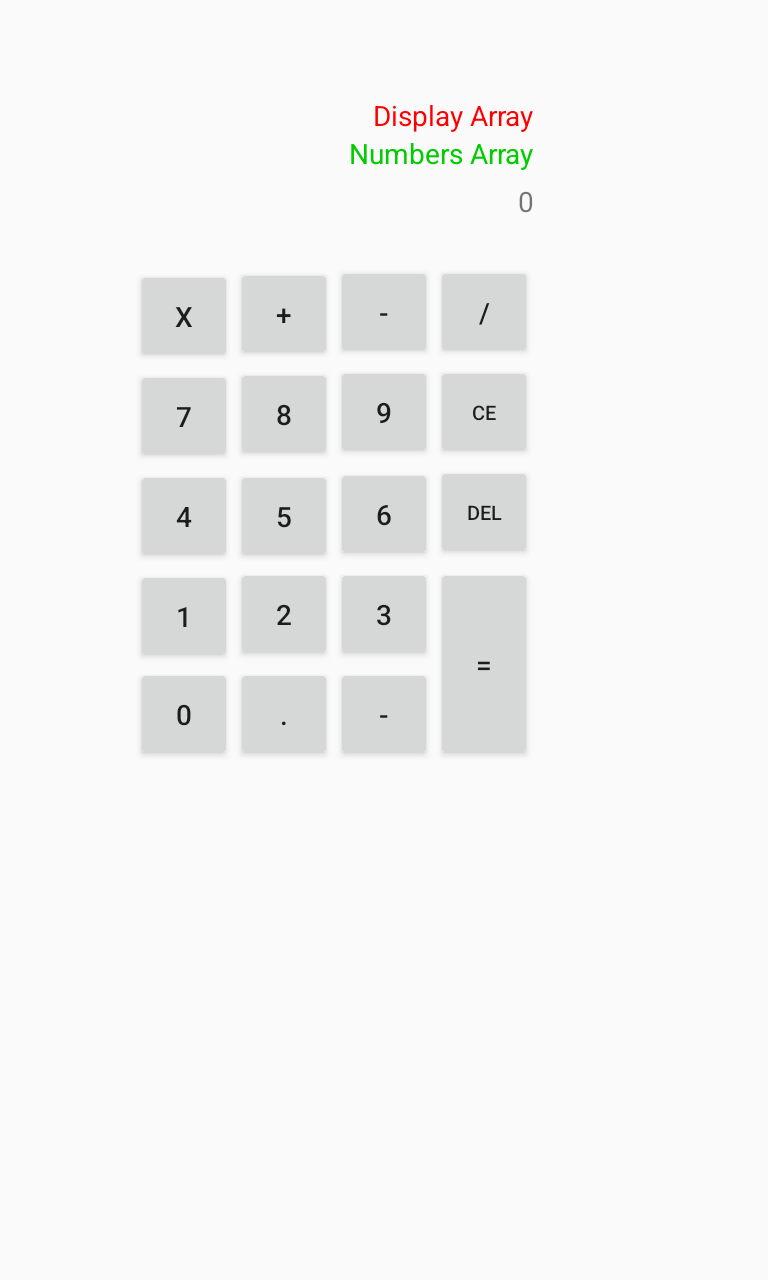
Repository: expensivecow/Calculator
Layout: Calculator_Implementation/res/layout/activity_main.xml
An editor plug-in stored every save of this project. The layout is shown before and after the next save, followed by the edit.
It is drawn on a 768 x 1280 px phone screen (xhdpi) without system bars, with theme AppTheme; the app's code is not run.

Above is the layout before, as saved 2014-10-09 03:45:00.

### Calculator_Implementation/res/layout/activity_main.xml
<RelativeLayout xmlns:android="http://schemas.android.com/apk/res/android"
    xmlns:tools="http://schemas.android.com/tools"
    android:layout_width="match_parent"
    android:layout_height="match_parent"
    android:paddingBottom="@dimen/activity_vertical_margin"
    android:paddingLeft="@dimen/activity_horizontal_margin"
    android:paddingRight="@dimen/activity_horizontal_margin"
    android:paddingTop="@dimen/activity_vertical_margin"
    tools:context="com.example.calculator_implementation.MainActivity" >

    <TextView
        android:id="@+id/DisplayResult"
        android:layout_alignParentTop="true"
        android:layout_alignRight="@+id/bDiv"
        android:layout_marginTop="75dp"
        android:layout_width="wrap_content"
        android:layout_height="wrap_content"
        android:text="@string/initialvalue" />

    <Button
        android:id="@+id/bDiv"
        android:layout_width="50dp"
        android:layout_height="50dp"
        android:layout_alignTop="@+id/bSub"
        android:layout_toRightOf="@+id/bSub"
        android:text="@string/divoperator"
        />

    <Button
        android:id="@+id/bAdd"
        android:layout_width="50dp"
        android:layout_height="50dp"
        android:layout_alignBaseline="@+id/bSub"
        android:layout_alignBottom="@+id/bSub"
        android:layout_toLeftOf="@+id/bSub"
        android:text="@string/addoperator"
        />

    <Button
        android:id="@+id/bSub"
        android:layout_width="50dp"
        android:layout_height="50dp"
        android:layout_below="@+id/DisplayResult"
        android:layout_centerHorizontal="true"
        android:layout_marginTop="21dp"
        android:text="@string/suboperator"
        />

    <Button
        android:id="@+id/bMul"
        android:layout_width="50dp"
        android:layout_height="50dp"
        android:layout_alignBaseline="@+id/bAdd"
        android:layout_alignBottom="@+id/bAdd"
        android:layout_toLeftOf="@+id/bAdd"
        android:text="@string/muloperator" />

    <Button
        android:id="@+id/bEight"
        android:layout_width="50dp"
        android:layout_height="50dp"
        android:layout_below="@+id/bAdd"
        android:layout_toLeftOf="@+id/bSub"
        android:text="@string/eight" />

    <Button
        android:id="@+id/bNine"
        android:layout_width="50dp"
        android:layout_height="50dp"
        android:layout_below="@+id/bDiv"
        android:layout_toLeftOf="@+id/bDiv"
        android:text="@string/nine" />

    <Button
        android:id="@+id/bSeven"
        android:layout_width="50dp"
        android:layout_height="50dp"
        android:layout_alignLeft="@+id/bMul"
        android:layout_below="@+id/bMul"
        android:text="@string/seven" />

    <Button
        android:id="@+id/bSix"
        android:layout_width="50dp"
        android:layout_height="50dp"
        android:layout_below="@+id/bEight"
        android:layout_toRightOf="@+id/bEight"
        android:text="@string/six" />

    <Button
        android:id="@+id/bFive"
        android:layout_width="50dp"
        android:layout_height="50dp"
        android:layout_alignBaseline="@+id/bSix"
        android:layout_alignBottom="@+id/bSix"
        android:layout_toRightOf="@+id/bSeven"
        android:text="@string/five" />

    <Button
        android:id="@+id/bFour"
        android:layout_width="50dp"
        android:layout_height="50dp"
        android:layout_alignLeft="@+id/bSeven"
        android:layout_below="@+id/bSeven"
        android:text="@string/four" />

    <Button
        android:id="@+id/bTwo"
        android:layout_width="50dp"
        android:layout_height="50dp"
        android:layout_below="@+id/bSix"
        android:layout_toLeftOf="@+id/bSix"
        android:text="@string/two" />

    <Button
        android:id="@+id/bZero"
        android:layout_width="50dp"
        android:layout_height="50dp"
        android:layout_alignLeft="@+id/bFour"
        android:layout_below="@+id/bTwo"
        android:layout_toLeftOf="@+id/bTwo"
        android:text="@string/zero" />

    <Button
        android:id="@+id/bThree"
        android:layout_width="50dp"
        android:layout_height="50dp"
        android:layout_above="@+id/bZero"
        android:layout_toLeftOf="@+id/bDiv"
        android:text="@string/three" />

    <Button
        android:id="@+id/bOne"
        android:layout_width="50dp"
        android:layout_height="50dp"
        android:layout_below="@+id/bFive"
        android:layout_toLeftOf="@+id/bFive"
        android:text="@string/one" />

    <Button
        android:id="@+id/bEqual"
        android:layout_width="50dp"
        android:layout_height="50dp"
        android:layout_alignBottom="@+id/bDecimal"
        android:layout_alignLeft="@+id/bDiv"
        android:layout_below="@+id/bSix"
        android:text="@string/equaloperator" />

    <TextView
        android:id="@+id/DisplayArray"
        android:layout_width="wrap_content"
        android:layout_height="wrap_content"
        android:layout_alignParentTop="true"
        android:layout_alignRight="@+id/DisplayResult"
        android:layout_marginTop="32dp"
        android:text="@string/DisplayArray"
        android:textColor="#FF0000" />

    <Button
        android:id="@+id/bDecimal"
        android:layout_width="50dp"
        android:layout_height="50dp"
        android:layout_below="@+id/bTwo"
        android:layout_toLeftOf="@+id/bThree"
        android:text="@string/decimal" />

    <Button
        android:id="@+id/bNegative"
        android:layout_width="50dp"
        android:layout_height="50dp"
        android:layout_below="@+id/bThree"
        android:layout_toLeftOf="@+id/bEqual"
        android:text="@string/negative" />

    <Button
        android:id="@+id/bClear"
        android:textSize="10dp"
        android:layout_width="50dp"
        android:layout_height="50dp"
        android:layout_alignLeft="@+id/bDiv"
        android:layout_below="@+id/bDiv"
        android:text="@string/clearoperator" />

    <Button
        android:id="@+id/bDel"
        android:textSize="10dp"
        android:layout_width="50dp"
        android:layout_height="50dp"
        android:layout_alignLeft="@+id/bClear"
        android:layout_below="@+id/bClear"
        android:text="@string/deleteoperator" />

    <TextView
        android:id="@+id/DisplayNumbers"
        android:layout_width="wrap_content"
        android:layout_height="wrap_content"
        android:layout_alignRight="@+id/DisplayResult"
        android:layout_below="@+id/DisplayArray"
        android:textColor="#00CC00"
        android:text="@string/NumberList" />

</RelativeLayout>

### Calculator_Implementation/res/values/strings.xml
<?xml version="1.0" encoding="utf-8"?>
<resources>

    <string name="app_name">Calculator_Implementation</string>
    <string name="hello_world">Hello world!</string>
    <string name="action_settings">Settings</string>
    <string name="addoperator">+</string>
    <string name="suboperator">-</string>
    <string name="muloperator">x</string>
    <string name="divoperator">/</string>
    <string name="initialvalue">0</string>
    <string name="one">1</string>
    <string name="two">2</string>
    <string name="three">3</string>
    <string name="four">4</string>
    <string name="five">5</string>
    <string name="six">6</string>
    <string name="seven">7</string>
    <string name="eight">8</string>
    <string name="nine">9</string>
    <string name="Operators">Operator Queue</string>
    <string name="decimal">.</string><string name="zero">0</string>

    <string name="negative">-</string>
    <string name="equaloperator">=</string>
    <string name="deleteoperator">DEL</string>
    <string name="clearoperator">CE</string>
    <string name="DisplayArray">Display Array</string>
    <string name="NumberList">Numbers Array</string>
    <string name="DisplayOperator">Display Operator Array</string>

</resources>

Loaded but not shown: Calculator_Implementation/res/values/styles.xml (common file); Calculator_Implementation/res/values-v11/styles.xml (common file); Calculator_Implementation/res/values-v14/styles.xml (common file); Calculator_Implementation/res/values/dimens.xml (common file); Calculator_Implementation/res/values-w820dp/dimens.xml (common file)

After the next save:
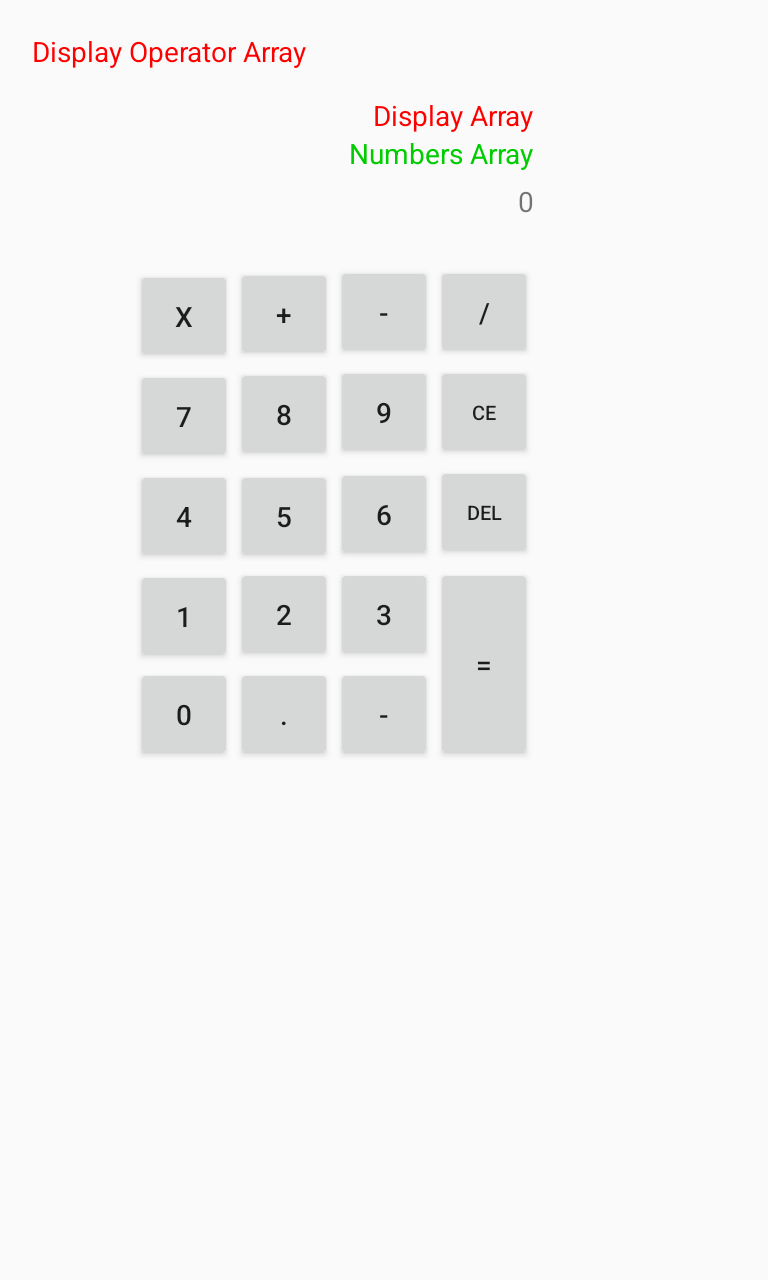
Saved 4 s later.
--- a/Calculator_Implementation/res/layout/activity_main.xml
+++ b/Calculator_Implementation/res/layout/activity_main.xml
@@ -155,6 +155,13 @@
         android:layout_marginTop="32dp"
         android:text="@string/DisplayArray"
         android:textColor="#FF0000" />
+    TODO
+    <TextView
+        android:id="@+id/DisplayOperator"
+        android:layout_width="wrap_content"
+        android:layout_height="wrap_content"
+        android:text="@string/DisplayOperator"
+        android:textColor="#FF0000" />
 
     <Button
         android:id="@+id/bDecimal"
